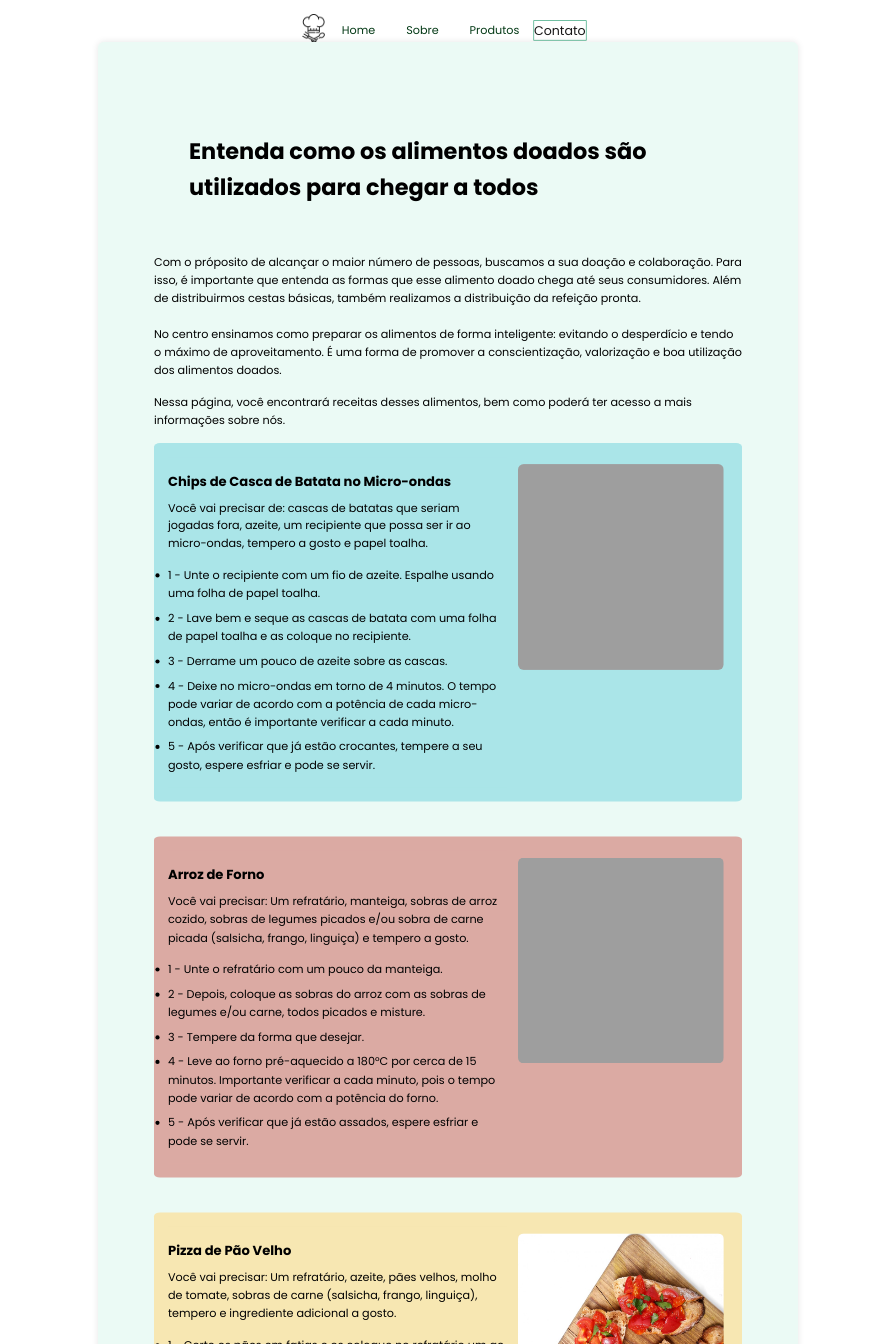
Repository: Thalia-Nataly/Cozinha-do-Bem-Proz
Page: produtos.html
These files come from the project's save history. The page is drawn as it stood at one moment and after the next save; the edit follows.
The browser window is 1280 px wide. The pictures show the part of the page from y = 0 to 1920 px (the page is 3069 px tall), at 70% of full size.
Pictures or frames that could not be fetched are drawn as grey boxes.

Above is the page before, as saved 2024-08-25 19:35:33.

### produtos.html
<!DOCTYPE html>
<html lang="pt-br">
<head>
    <meta charset="UTF-8">
    <meta name="viewport" content="width=device-width, initial-scale=1.0">
    <title>Produtos</title>
    <link rel="icon" href="Imagens\favicon.jpg" type="image/jpg">
    <link rel="stylesheet" href="css/stylegeral.css">
    <!-- Google Fonts -->
    <link rel="preconnect" href="https://fonts.googleapis.com">
    <link rel="preconnect" href="https://fonts.gstatic.com" crossorigin>
    <link href="https://fonts.googleapis.com/css2?family=Poppins:ital,wght@0,100;0,200;0,300;0,400;0,500;0,600;0,700;0,800;0,900;1,100;1,200;1,300;1,400;1,500;1,600;1,700;1,800;1,900&display=swap" rel="stylesheet">
    <!-- Google fonts -->
    <script src="js/menu.js" defer></script>
</head>
<body>
    <main>
        <a id="top"></a>
        <header id="header">
        <div class = "interface">

                <section class="logo">
                <img class= "logo-branca" src="Imagens/logo.jpg" alt="Logo">
                <img class= "logo-preto" src="Imagens/logo.jpg" alt="Logo">
                </section>

                <section class="menu-desktop">
                    <nav>
                        <ul>
                            <li><a href="home.html">Home</a></li>
                            <li><a href="sobre.html">Sobre</a></li>
                            <li><a href="produtos.html">Produtos</a></li>

                        </ul>
                    </nav>
                </section>

                <section class="btn-contato">
                    <a href="contato.html">
                        <button>Contato</button>
                    </a>
                </section>
            </div>
        </header>

            <div class="main-content">
                <h1>Entenda como os alimentos doados são utilizados para chegar a todos</h1>
                <p>Com o próposito de alcançar o maior número de pessoas, buscamos a sua doação e colaboração. Para isso, é importante que entenda as formas que esse alimento doado chega até seus consumidores. Além de distribuirmos cestas básicas, também realizamos a distribuição da refeição pronta.
                <br></br>
                No centro ensinamos como preparar os alimentos de forma inteligente: evitando o desperdício e tendo o máximo de aproveitamento. É uma forma de promover a conscientização, valorização e boa utilização dos alimentos doados.
                </p>
                <p>Nessa página, você encontrará receitas desses alimentos, bem como poderá ter acesso a mais informações sobre nós.</p>

                <div class="content-container chips-container">
                    <div class="text-box1">
                        <h3>Chips de Casca de Batata no Micro-ondas</h3>
                        <p>Você vai precisar de: cascas de batatas que seriam jogadas fora, azeite, um recipiente que possa ser ir ao micro-ondas, tempero a gosto e papel toalha.</p>
                        <ul>
                            <li>1 - Unte o recipiente com um fio de azeite. Espalhe usando uma folha de papel toalha.</li>
                            <li>2 - Lave bem e seque as cascas de batata com uma folha de papel toalha e as coloque no recipiente.</li>
                            <li>3 - Derrame um pouco de azeite sobre as cascas.</li>
                            <li>4 - Deixe no micro-ondas em torno de 4 minutos. O tempo pode variar de acordo com a potência de cada micro-ondas, então é importante verificar a cada minuto.</li>
                            <li>5 - Após verificar que já estão crocantes, tempere a seu gosto, espere esfriar e pode se servir.</li>
                        </ul>
                    </div>
                    <div class="image-box">
                        <img src="Imagens/chips_batata.jpg" alt="Chips de Casca de Batata" width="300" height="200">
                    </div>
                </div>


            <div class="content-container arroz-container">
                <div class="text-box2">
                    <h3>Arroz de Forno</h3>
                    <p>Você vai precisar: Um refratário, manteiga, sobras de arroz cozido, sobras de legumes picados e/ou sobra de carne picada (salsicha, frango, linguiça) e tempero a gosto.</p>
                    <ul>
                        <li>1 - Unte o refratário com um pouco da manteiga.</li>
                        <li>2 - Depois, coloque as sobras do arroz com as sobras de legumes e/ou carne, todos picados e misture.</li>
                        <li>3 - Tempere da forma que desejar.</li>
                        <li>4 - Leve ao forno pré-aquecido a 180°C por cerca de 15 minutos. Importante verificar a cada minuto, pois o tempo pode variar de acordo com a potência do forno.</li>
                        <li>5 - Após verificar que já estão assados, espere esfriar e pode se servir.</li>
                    </ul>
                </div>
                <div class="image-box">
                    <img src="Imagens/arroz.jpg" alt="Arroz de Forno">
                </div>
            </div>

            <div class="content-container pizza-container">
                <div class="text-box3">
                    <h3>Pizza de Pão Velho</h3>
                    <p>Você vai precisar: Um refratário, azeite, pães velhos, molho de tomate, sobras de carne (salsicha, frango, linguiça), tempero e ingrediente adicional a gosto.</p>
                    <ul>
                        <li>1 - Corte os pães em fatias e os coloque no refratário um ao lado do outro, cobrindo toda a superfície de maneira uniforme.</li>
                        <li>2 - Espalhe o molho de tomate sobre cada fatia de pão. Caso não tenha, pincele um pouco de água no pão.</li>
                        <li>3 - Adicione as sobras de carne em cada fatia e demais ingredientes que desejar. Tempere a gosto.</li>
                        <li>4 - Leve ao forno pré-aquecido a 180°C por cerca de 10 minutos. Importante verificar a cada minuto, pois o tempo pode variar de acordo com a potência do forno.</li>
                        <li>5 - Após verificar se os pães estão assados e crocantes, espere esfriar e pode se servir.</li>
                    </ul>
                </div>
                <div class="image-box">
                    <img src="Imagens/pizza.jpg" alt="Pizza de Pão Velho">
                </div>
            </div>
        </div>
        </section>
             <!-- Formulário -->
        <section class="form-prodcontainer">
            <div class="form-produtos">
                <form id="meuFormulario">
                    <h3>Gostaria de entender melhor como recolhemos e realizamos a distribuição dos alimentos doados?</h3>
                    <br>
                    <p>Preencha o formulário para receber nosso e-book, e poderá conhecer um pouco mais da nossa história, locais em que já atuamos, depoimentos de pessoas que recebem o seu alimento e mais receitas de reaproveitamento inteligente.</p>
                    <br>
                    <label for="nome">Nome: </label>
                    <input type="text" name="nome" id="nome" required>

                    <label for="email">E-mail: </label>
                    <input type="email" name="email" id="email" required>

                    <label for="tel">Telefone: </label>
                    <input type="tel" name="tel" id="tel" required>


                    <button type="submit">Enviar</button>
                </form>
            </div>
        </section>
    </main>
    <br></br>
    <footer>
        <nav>
            <div class="footer-link">
                <a href="home.html" class="footer-logo">Cozinha do Bem</a>
            </div>
            <div class="social-links">

                <a href="https://www.facebook.com/" target="_blank" rel="noopener noreferrer">
                    <img src="Imagens/social_13051757.png" alt="Facebook"></a>
                <a href="https://www.instagram.com/" target="_blank" rel="noopener noreferrer">
                    <img src="Imagens/instagram_4494489.png" alt="Instagram"></a>
                <a href="https://wa.me/5544332156489" target="_blank" rel="noopener noreferrer">
                    <img src="Imagens/whatsapp_2504845.png" alt="Whatsapp"></a>
                <a href="https://www.youtube.com/" target="_blank" rel="noopener noreferrer">
                    <img src="Imagens/youtube_4494485.png" alt="Youtube"></a>
            </div>
            <p class="copyright">© 2024 Cozinha do Bem - Todos os direitos reservados.</p>
        </nav>
    </footer>
    <a href="#top" class="back-to-top">Voltar ao topo</a>

</body>
</html>

Loaded but not shown: js/menu.js (64 lines, source omitted); css/stylegeral.css (749 lines, source omitted)

After the next save:
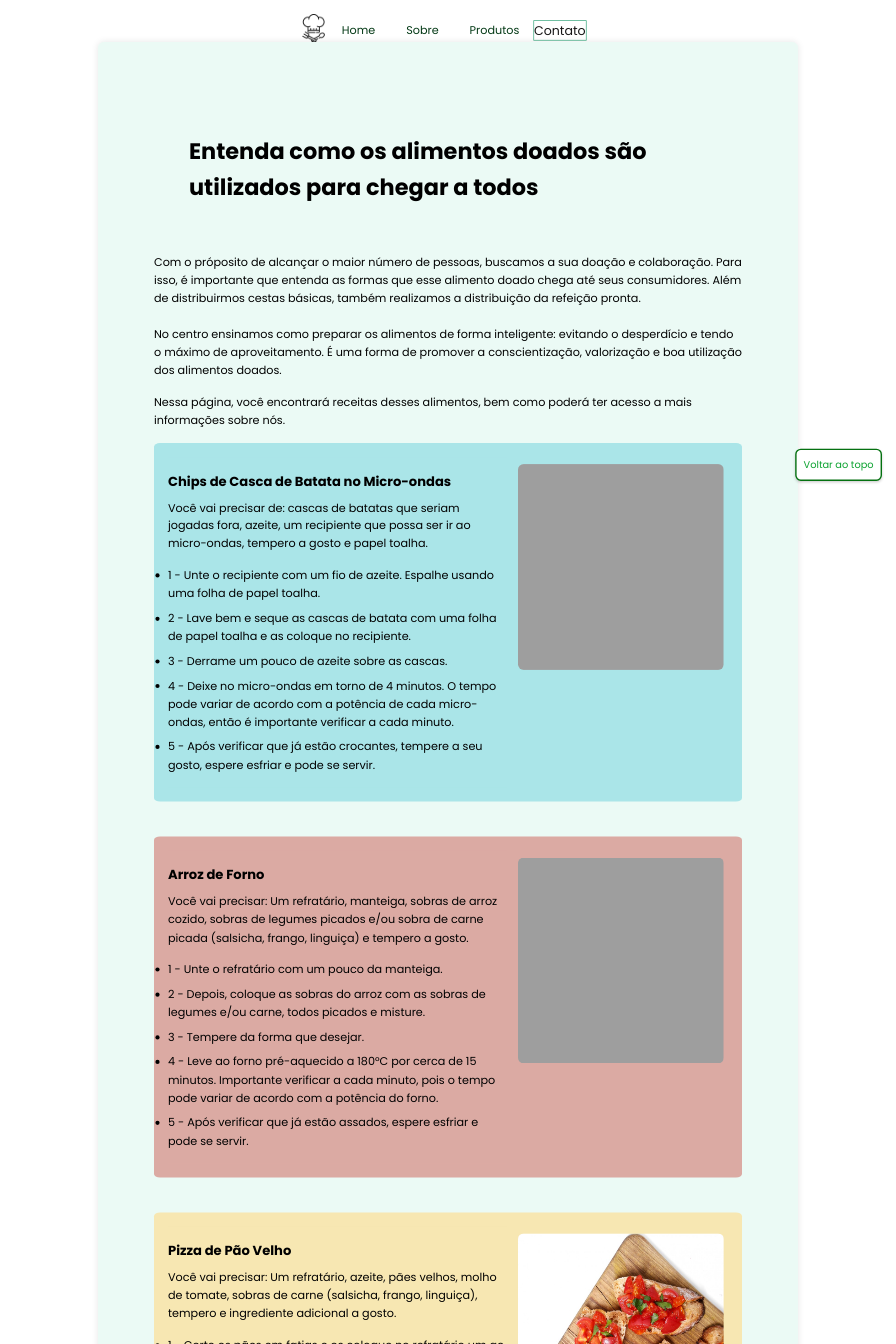
Saved 44 s later.
--- a/produtos.html
+++ b/produtos.html
@@ -11,7 +11,7 @@
     <link rel="preconnect" href="https://fonts.gstatic.com" crossorigin>
     <link href="https://fonts.googleapis.com/css2?family=Poppins:ital,wght@0,100;0,200;0,300;0,400;0,500;0,600;0,700;0,800;0,900;1,100;1,200;1,300;1,400;1,500;1,600;1,700;1,800;1,900&display=swap" rel="stylesheet">
     <!-- Google fonts -->
-    <script src="js/menu.js" defer></script>
+
 </head>
 <body>
     <main>

After the save that followed:
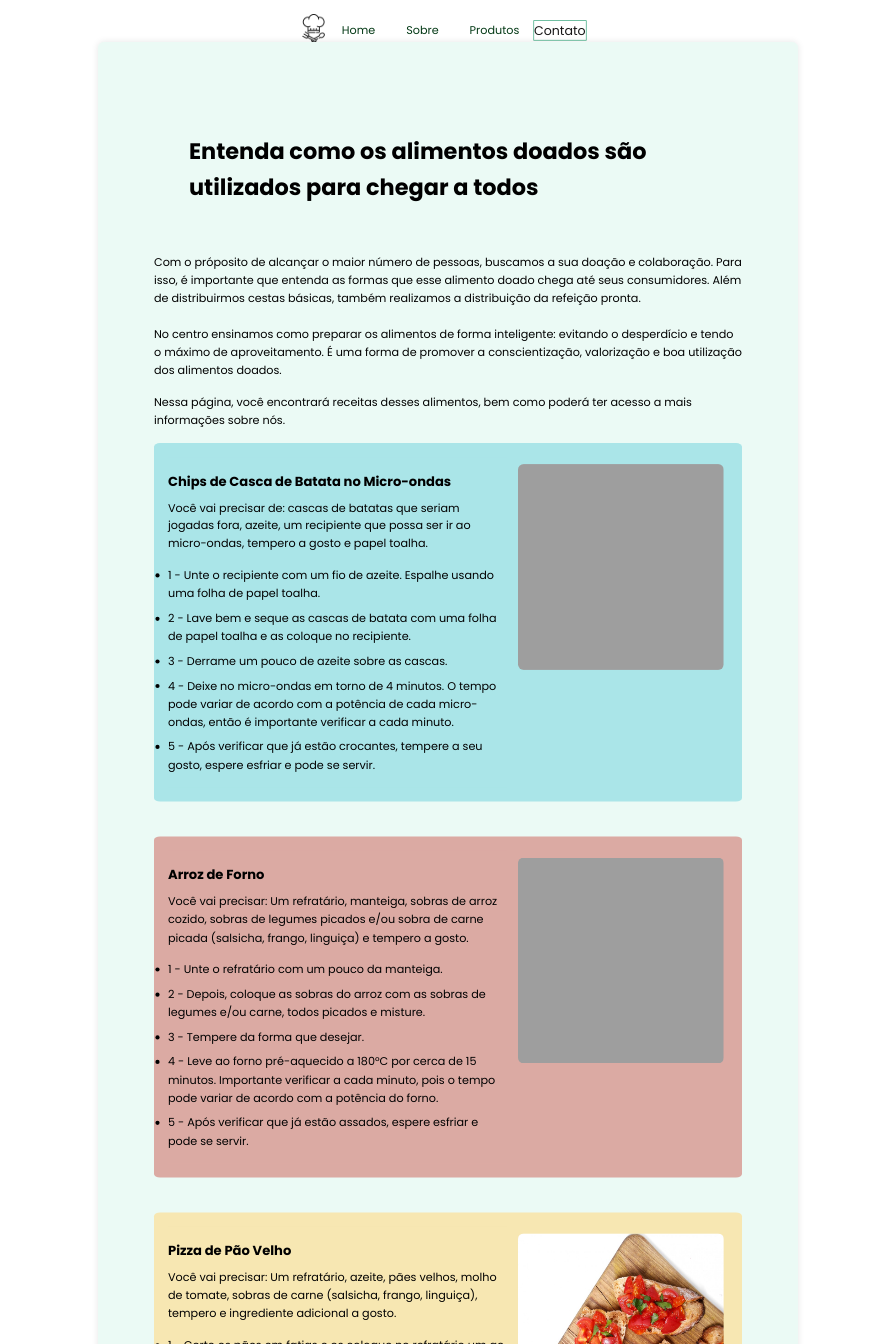
Saved 5 s later.
--- a/produtos.html
+++ b/produtos.html
@@ -6,6 +6,7 @@
     <title>Produtos</title>
     <link rel="icon" href="Imagens\favicon.jpg" type="image/jpg">
     <link rel="stylesheet" href="css/stylegeral.css">
+    <script src="js/menu.js" defer></script>
     <!-- Google Fonts -->
     <link rel="preconnect" href="https://fonts.googleapis.com">
     <link rel="preconnect" href="https://fonts.gstatic.com" crossorigin>
